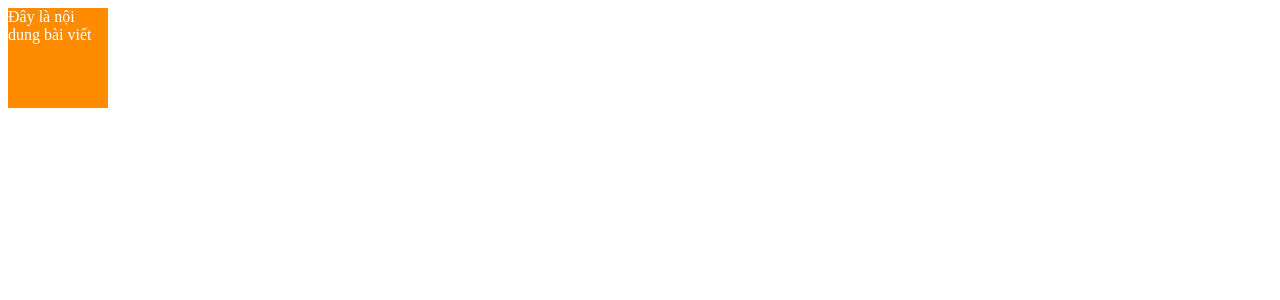
Repository: critdang/electro_store
Page: javascript_project/HTML &CSS practice/index.html
These files come from the project's save history. The page is drawn as it stood at one moment and after the next save; the edit follows.
The browser window is 1280 px wide. The pictures show the whole page.

Above is the page before, as saved 2021-10-01 22:21:03.

After the next save:
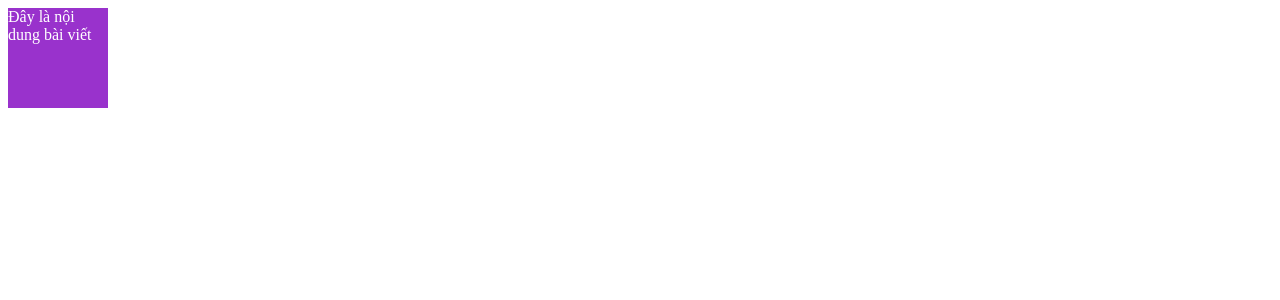
Saved 6 s later.
--- a/javascript_project/HTML &CSS practice/index.html
+++ b/javascript_project/HTML &CSS practice/index.html
@@ -11,7 +11,7 @@
                 height:100px;
                 color: #fff;
                 display: flex;
-                background-color: darkorange;
+                background-color: darkorchid;
             }
 
         </style>
